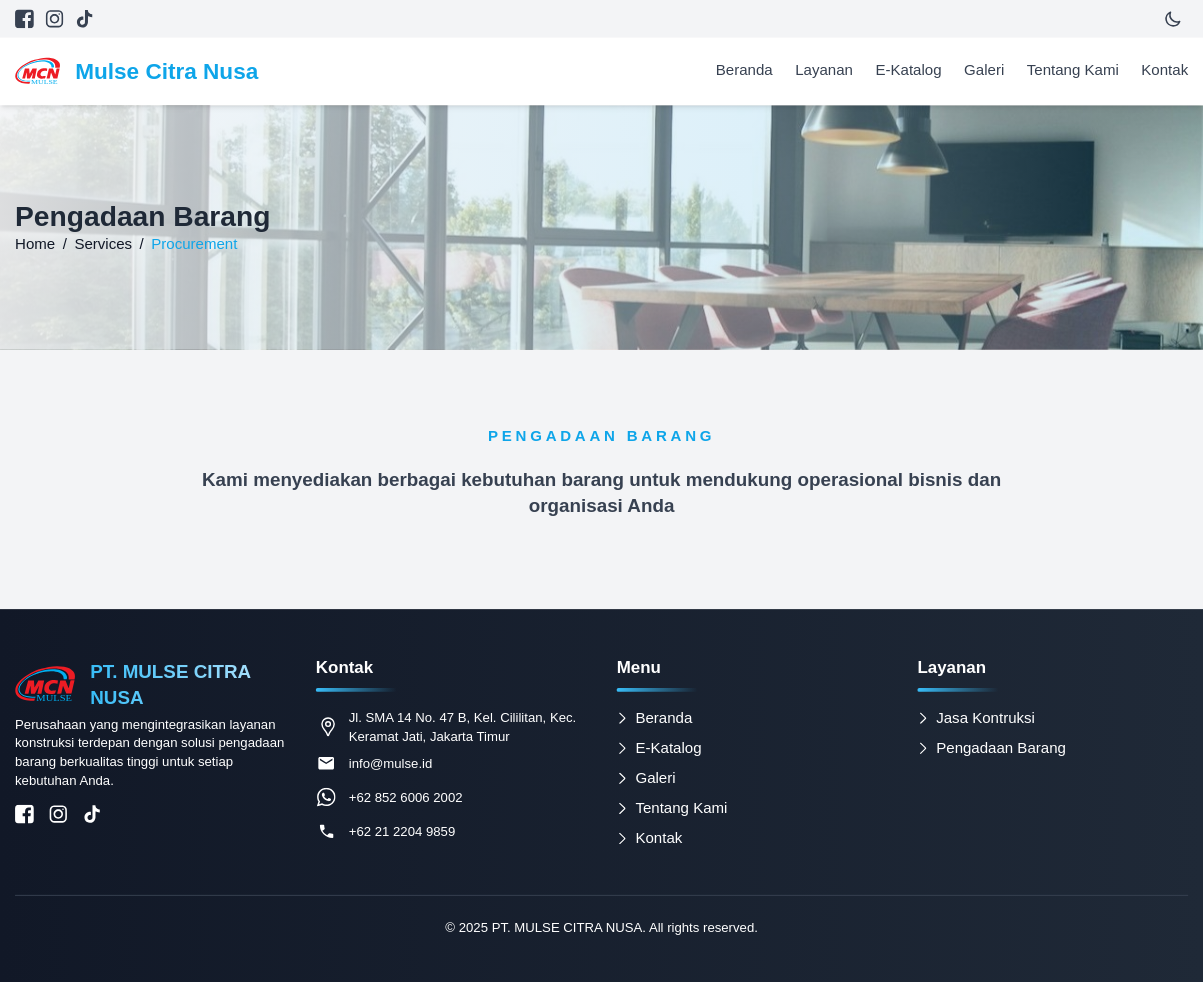
Repository: PrasBaldin/next-mulse
Page: /services/procurement
The author's editor kept a copy of each file at every save. The page is drawn from the files as they stood at one save, then again after the next save.
The browser window is 1280 px wide. The pictures show the whole page, at 94% of full size.
The project was rebuilt for these pictures with package versions that can differ from the ones it lists, and the page was loaded fresh each time. The framework's server and built-in components were replaced by stand-ins that run in the browser. Also part of the build but not shown: next.config.ts.

Above is the page before, as saved 2025-02-26 13:36:05.

### app/layout.tsx
import type { Metadata } from "next";
import { Geist, Geist_Mono } from "next/font/google";
import "./globals.css";
import Navbar from "@/components/navbar";
import Footer from "@/components/footer";

const geistSans = Geist({
  variable: "--font-geist-sans",
  subsets: ["latin"],
});

const geistMono = Geist_Mono({
  variable: "--font-geist-mono",
  subsets: ["latin"],
});

export const metadata: Metadata = {
  title: "Mulse",
  description: "Selamat datang di PT. Mulse Citra Nusa, kami menyediakan barang dan jasa sesuai kebutuhan Anda.",
};

export default function RootLayout({
  children,
}: Readonly<{
  children: React.ReactNode;
}>) {
  return (
    <html lang="en">
      <body className={`${geistSans.variable} ${geistMono.variable} antialiased`} >
        <Navbar />
        {children}
        <Footer />
      </body>
    </html>
  );
}

### app/services/procurement/page.tsx
import Link from "next/link";

const ProcurementPage = () => {
  return (
    <>
      <section className="mt-[72px] lg:mt-[112px]">
        <div className="banner">
          <div className="banner-mask"></div>
          <div className="container z-[1] relative">
            <div className="banner-content">
              <h4 className="text-3xl font-bold text-gray-800 dark:text-gray-100 transition duration-500 ease-in-out">
                Pengadaan Barang
              </h4>
              <ul className="breadcrumbs">
                <li>
                  <Link
                    href="/"
                    className="text-gray-900 dark:text-gray-100 transition duration-500 ease-in-out"
                  >
                    Home
                  </Link>
                </li>
                <li className="text-gray-900 dark:text-gray-100 transition duration-500 ease-in-out">
                  /
                </li>
                <li>
                  <Link
                    href="/"
                    className="text-gray-900 dark:text-gray-100 transition duration-500 ease-in-out"
                  >
                    Services
                  </Link>
                </li>
                <li className="text-gray-900 dark:text-gray-100 transition duration-500 ease-in-out">
                  /
                </li>
                <li>
                  <Link href="/gallery" className="text-sky-500">
                    Procurement
                  </Link>
                </li>
              </ul>
            </div>
          </div>
        </div>
      </section>
      <section className="py-20">
        <div className="container text-center">
          <h4 className="mb-3 text-sky-500 font-semibold tracking-[.25em] uppercase">
            Pengadaan Barang
          </h4>
          <h3 className="py-2 my-2 mx-auto w-3/4 text-gray-700 dark:text-gray-100 transition duration-500 ease-in-out text-xl font-semibold">
            Kami menyediakan berbagai kebutuhan barang untuk mendukung
            operasional bisnis dan organisasi Anda
          </h3>
        </div>
      </section>
    </>
  );
};

export default ProcurementPage;

### app/globals.css
@tailwind base;
@tailwind components;
@tailwind utilities;

:root {
  --background: #ffffff;
  --foreground: #171717;
}

@media (prefers-color-scheme: dark) {
  :root {
    --background: #0a0a0a;
    --foreground: #ededed;
  }
}

body {
  font-family: Arial, Helvetica, sans-serif;
  @apply bg-gray-100 dark:bg-gray-700;
}

.container {
  @apply mx-auto px-4;
}

.btn {
  @apply px-4 py-3 rounded-lg transition duration-500 ease-in-out;
}

.btn-primary {
  @apply bg-sky-600 hover:bg-sky-700 dark:hover:bg-sky-700 text-gray-100 hover:text-gray-300;
}

.btn-secondary {
  @apply bg-gray-100 hover:bg-gray-300 dark:hover:bg-gray-300 text-gray-800;
}

.btn-primary-border {
  @apply bg-transparent hover:bg-sky-500 dark:hover:bg-sky-500 border-2 border-sky-500 text-sky-500 dark:text-sky-500 hover:text-white dark:hover:text-white;
}

.banner {
  background-image: url("/img/banner-2.jpg");
  background-size: cover;
  @apply py-[100px] relative;
}

.banner-mask {
  @apply absolute inset-0 bg-gradient-to-r from-gray-100/90 to-sky-500/20 dark:from-gray-800/90 dark:to-sky-500/20 transition duration-500 ease-in-out z-[0];
}

.breadcrumbs {
  @apply flex gap-2 font-medium;
}

### components/navbar.css
.utility-bar {
  @apply hidden lg:block absolute top-0 w-full py-1 bg-gray-100 dark:bg-gray-700 transition duration-500 ease-in-out z-10;
}

.utility-content {
  @apply w-auto flex gap-2;
}

.social-media-link {
  @apply mr-3 text-gray-700 dark:text-gray-100 hover:text-sky-500 dark:hover:text-sky-500 transition duration-300;
}

.navbar {
  @apply bg-white dark:bg-gray-800 transition duration-500 ease-in-out shadow-md top-0 lg:top-[40px] fixed lg:absolute w-full z-20;
}

.nav-link {
  @apply text-gray-700 hover:text-sky-500 dark:hover:text-sky-500 dark:text-gray-100 py-5 transition duration-500 ease-in-out border-b-2 border-transparent hover:border-sky-500 flex items-center;
}

.nav-dropdown {
  @apply bg-white dark:bg-gray-800 absolute top-[4rem] -left-2 w-auto pt-2 p-3 border-2 border-sky-300 dark:border-sky-800 border-t-sky-500 dark:border-t-sky-500 shadow-xl rounded-lg overflow-visible transition-all duration-300 transform;
}

.nav-link-dropdown {
  @apply text-gray-700 hover:text-sky-500 dark:hover:text-sky-500 dark:text-gray-100 pt-2 pb-1 transition duration-500 ease-in-out hover:bg-gray-100 dark:hover:bg-gray-700 rounded border-b border-gray-200 hover:border-sky-500 block mt-2 px-2;
}

.nav-link-mobile {
  @apply hover:bg-gray-100 dark:hover:bg-gray-700 text-gray-700 hover:text-sky-500 dark:hover:text-sky-500 dark:text-gray-100 py-2 pl-2 border-b border-gray-200 hover:border-sky-500 rounded transition;
}

.hamburger {
  @apply absolute w-6 h-[3px] bg-gray-800 dark:bg-gray-100 rounded transition duration-500 ease-in-out;
}

.dropdown-arrow {
  @apply border-b-2 border-r-2 border-gray-700 dark:border-gray-100 ml-2 w-3 h-3 transition duration-500 ease-in-out;
}

.nav-link-mobile:hover .dropdown-arrow {
  @apply border-sky-500;
}

### components/toggleDarkMode.tsx
"use client";
import { useState, useEffect } from "react";
import IconDarkMode from "../app/_assets/icon/iconDarkmode";
import IconLightMode from "../app/_assets/icon/iconLightmode";

import "./toggleDarkMode.css";

const ToggleDarkMode = () => {
  const [isDarkMode, setIsDarkMode] = useState(false);
  useEffect(() => {
    const storedTheme = localStorage.getItem("theme");
    setIsDarkMode(storedTheme === "dark");
  }, []);

  useEffect(() => {
    if (isDarkMode) {
      document.documentElement.classList.add("dark");
      localStorage.setItem("theme", "dark");
    } else {
      document.documentElement.classList.remove("dark");
      localStorage.setItem("theme", "light");
    }
  }, [isDarkMode]);

  return (
    <>
      {/* Mobile */}
      <button
        onClick={() => setIsDarkMode(!isDarkMode)}
        className="lg:hidden btn h-11 flex items-center"
        style={{ padding: ".5rem" }}
      >
        <div className="block">
          <div className="absolute flex items-center gap-2">
            <div
              className={`toggle-dark-mode-mobile gap-2 ${
                isDarkMode ? "opacity-100 rotate-0" : "opacity-0 rotate-90"
              }`}
            >
              <IconLightMode />
            </div>
            <span
              className={`text-gray-700 dark:text-gray-300 ${
                isDarkMode ? "opacity-100" : "opacity-0"
              }`}
            >
              Light Mode
            </span>
          </div>
          <div className="flex items-center gap-2">
            <div
              className={`toggle-dark-mode-mobile gap-2 ${
                isDarkMode ? "opacity-0 -rotate-90" : "opacity-100 rotate-0"
              }`}
            >
              <IconDarkMode />
            </div>
            <span
              className={`text-gray-700 dark:text-gray-300 ${
                isDarkMode ? "opacity-0" : "opacity-100"
              }`}
            >
              Night Mode
            </span>
          </div>
        </div>
      </button>

      {/* Desktop */}
      <button
        onClick={() => setIsDarkMode(!isDarkMode)}
        className="btn hidden lg:block btn w-8 h-8 relative overflow-hidden"
      >
        <div
          className={`toggle-dark-mode ${
            isDarkMode ? "opacity-100 rotate-0" : "opacity-0 rotate-90"
          }`}
        >
          <IconLightMode />
        </div>
        <div
          className={`toggle-dark-mode ${
            isDarkMode ? "opacity-0 -rotate-90" : "opacity-100 rotate-0"
          }`}
        >
          <IconDarkMode />
        </div>
      </button>
    </>
  );
};

export default ToggleDarkMode;

### components/footer.css
footer table tr a {
    @apply transition duration-300
}

footer table tr:hover a {
    @apply text-sky-400
}

### app/_assets/icon/iconDarkmode.tsx
import React from "react";

const IconDarkmode = () => {
    return (
        <svg xmlns="http://www.w3.org/2000/svg" className="h-5 w-5 text-gray-700 dark:text-gray-100" fill="none" viewBox="0 0 24 24" stroke="currentColor">
            <path strokeLinecap="round" strokeLinejoin="round" strokeWidth={2} d="M20.354 15.354A9 9 0 018.646 3.646 9.003 9.003 0 0012 21a9.003 9.003 0 008.354-5.646z" />
        </svg>
    )
}

export default IconDarkmode

### app/_assets/icon/iconLightmode.tsx
import React from "react";

const IconLightMode = () => {
    return (
        <svg xmlns="http://www.w3.org/2000/svg" className="h-5 w-5 text-gray-100" fill="none" viewBox="0 0 24 24" stroke="currentColor">
            <path strokeLinecap="round" strokeLinejoin="round" strokeWidth="2" d="M12 3v1m0 16v1m9-9h-1M4 12H3m15.364 6.364l-.707-.707M6.343 6.343l-.707-.707m12.728 0l-.707.707M6.343 17.657l-.707.707" />
            <circle cx="12" cy="12" r="3" stroke="currentColor" strokeWidth="2" fill="none" />
        </svg>
    )
}

export default IconLightMode

### components/toggleDarkMode.css
.toggle-dark-mode {
    @apply absolute top-0 bottom-0 left-0 right-0 flex items-center justify-center transition-all duration-500 transform
}

.toggle-dark-mode-mobile {
    @apply flex items-center justify-center transition-all duration-500 transform
}

### tailwind.config.ts
import type { Config } from "tailwindcss";

export default {
  darkMode: 'class',
  content: [
    "./pages/**/*.{js,ts,jsx,tsx,mdx}",
    "./components/**/*.{js,ts,jsx,tsx,mdx}",
    "./app/**/*.{js,ts,jsx,tsx,mdx}"
  ],
  theme: {
    extend: {
      width: {
        '11': '2.75rem',
      },
      height: {
        '11': '2.75rem',
      },
      colors: {
        background: "var(--background)",
        foreground: "var(--foreground)",
      },
    },
  },
  plugins: [],
} satisfies Config;

Loaded but not shown: components/footer.tsx (503 lines, source omitted); components/navbar.tsx (283 lines, source omitted)

After the next save:
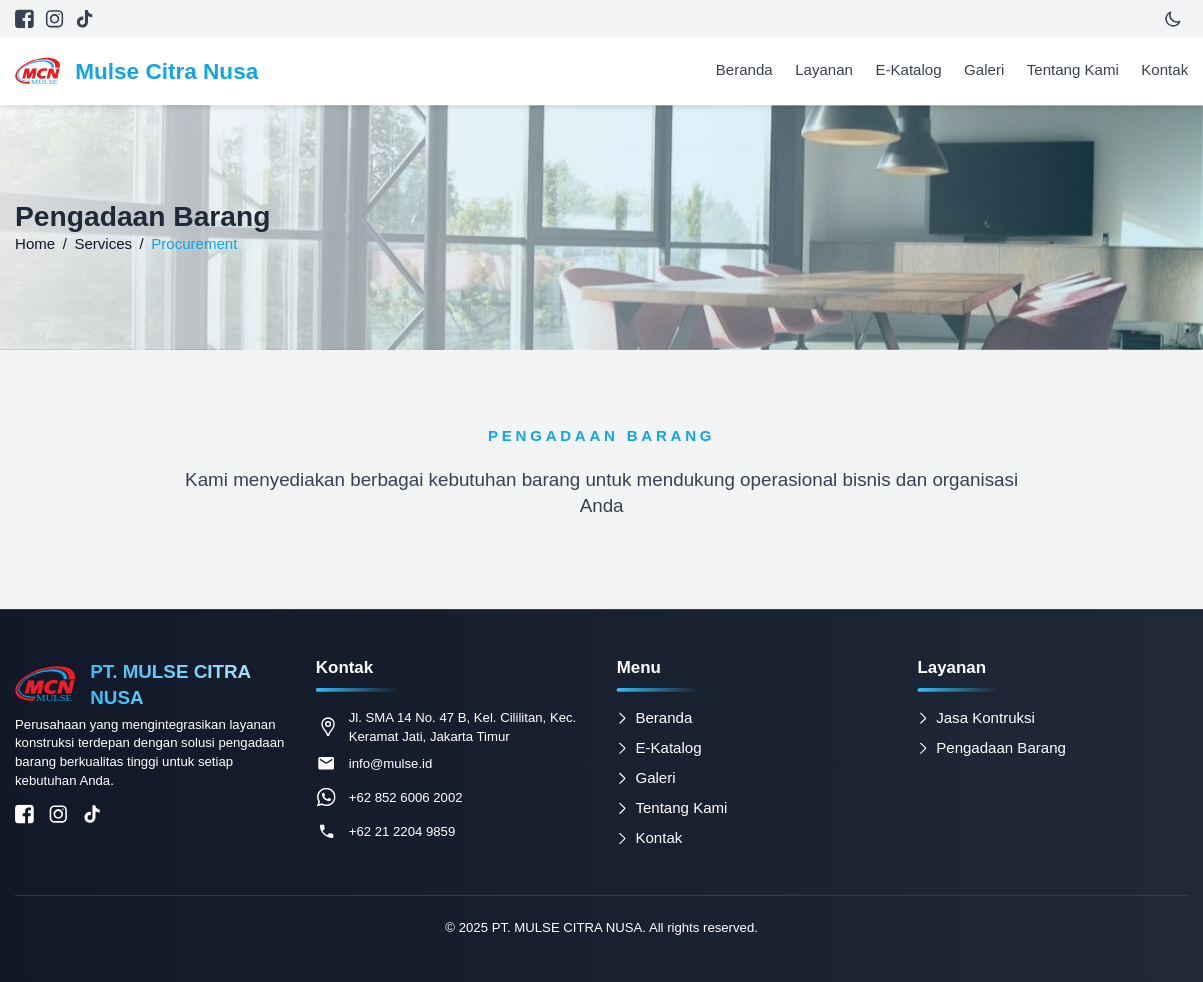
Saved 15 s later.
--- a/app/services/procurement/page.tsx
+++ b/app/services/procurement/page.tsx
@@ -49,7 +49,7 @@
           <h4 className="mb-3 text-sky-500 font-semibold tracking-[.25em] uppercase">
             Pengadaan Barang
           </h4>
-          <h3 className="py-2 my-2 mx-auto w-3/4 text-gray-700 dark:text-gray-100 transition duration-500 ease-in-out text-xl font-semibold">
+          <h3 className="py-2 my-2 mx-auto w-3/4 text-gray-700 dark:text-gray-100 transition duration-500 ease-in-out text-xl">
             Kami menyediakan berbagai kebutuhan barang untuk mendukung
             operasional bisnis dan organisasi Anda
           </h3>
